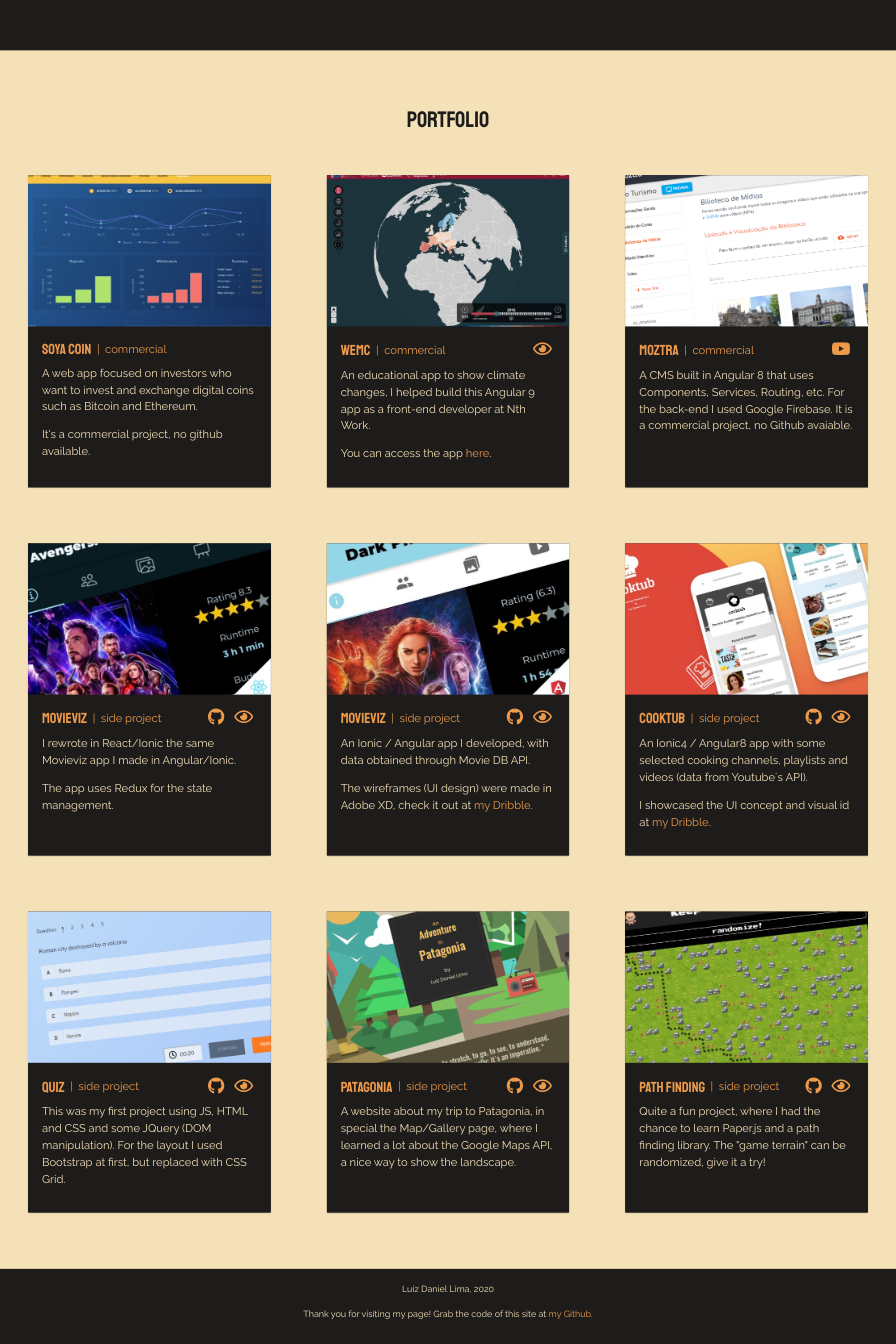
Repository: luizdanielmlima/myWebsite
Page: dist/index.html
The author's editor kept a copy of each file at every save. The page is drawn from the files as they stood at one save, then again after the next save.
The browser window is 1280 px wide. The pictures show the part of the page from y = 1936 to 3856 px (the page is 3859 px tall before and 6843 px after), at 70% of full size.
Some web libraries are served in a nearby version.

Above is the page before, as saved 2023-01-04 09:38:29.

After the next save:
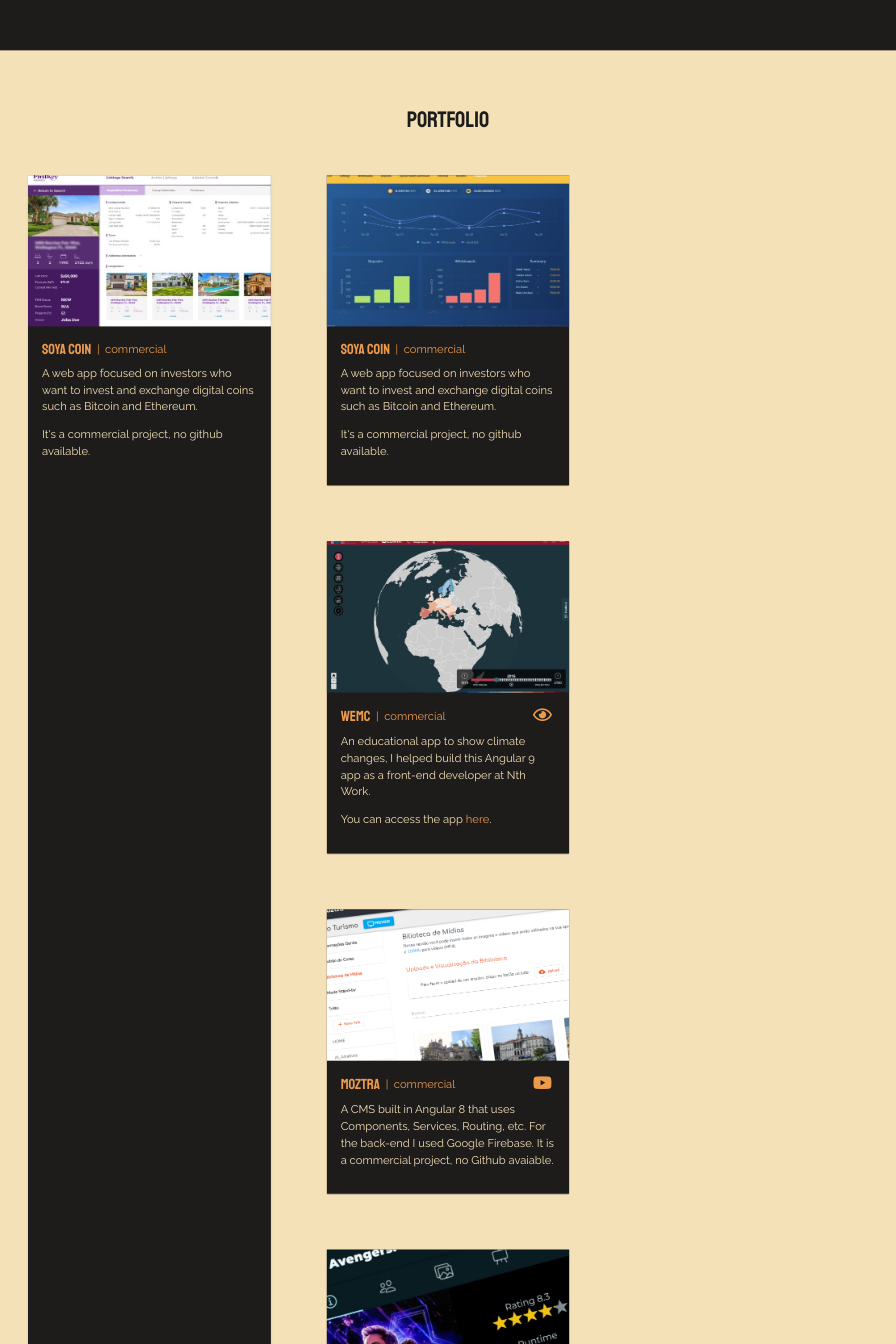
Saved 4 min 39 s later.
--- a/dist/index.html
+++ b/dist/index.html
@@ -229,6 +229,34 @@
               <div class="clickable-img-icon-bg"></div>
               <img
                 class="clickable-img-raster"
+                src="./assets/portf_fkh_crop.jpg"
+                alt="soya coin thumb"
+              />
+            </figure>
+          </a>
+          <div class="pf-card-body">
+            <div class="title-icons-area">
+              <div class="title-wrapper">
+                <h3>Soya Coin</h3>
+                <p>|</p>
+                <p>commercial</p>
+              </div>
+            </div>
+            <p>
+              A web app focused on investors who want to invest and
+              exchange digital coins such as Bitcoin and Ethereum.
+            </p>
+            <p>It's a commercial project, no github available.</p>
+          </div>
+        </div>
+      <div class="pf-content">
+        <div class="pf-card">
+          <a>
+            <figure class="clickable-img">
+              <i class="far fa-eye fa-2x clickable-img-icon"></i>
+              <div class="clickable-img-icon-bg"></div>
+              <img
+                class="clickable-img-raster"
                 src="./assets/portf_soyacoin_crop.jpg"
                 alt="soya coin thumb"
               />
